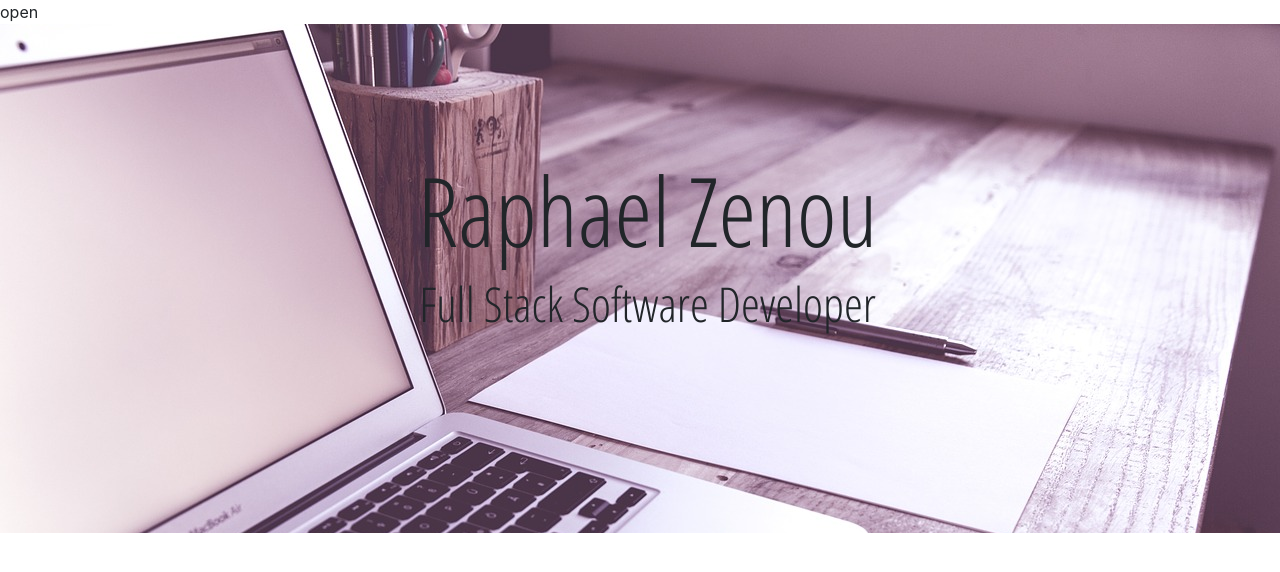
Repository: Code-Institute-Submissions/resume
Page: index.html
The author's editor kept a record of every edit. The page is drawn from the files as they stood at one moment, then again after the next edit.
The browser window is 1280 px wide. The pictures show the whole page.

Above is the page before.

### index.html
<!doctype html>
<html lang="en">
  <head>
    <!-- Required meta tags -->
    <meta charset="utf-8">
    <meta name="viewport" content="width=device-width, initial-scale=1, shrink-to-fit=no">

    <!-- Bootstrap & font awesome CSS -->
    <link rel="stylesheet" href="https://stackpath.bootstrapcdn.com/bootstrap/4.3.1/css/bootstrap.min.css" integrity="sha384-ggOyR0iXCbMQv3Xipma34MD+dH/1fQ784/j6cY/iJTQUOhcWr7x9JvoRxT2MZw1T" crossorigin="anonymous">
    <link rel="stylesheet" href="https://stackpath.bootstrapcdn.com/font-awesome/4.7.0/css/font-awesome.min.css" type="text/css" />

    <!-- Custom CSS -->
    <link rel="stylesheet" href="assets/css/style.css" type="text/css" />


    <title>Raphael Zenou - Full Stack Software Developer</title>
  </head>

 <div id="mySidenav" class="sidenav">
  <a href="javascript:void(0)" class="closebtn" onclick="closeNav()">&times;</a>
  <a href="#">About</a>
  <a href="#">Services</a>
  <a href="#">Clients</a>
  <a href="#">Contact</a>
</div>

<span onclick="openNav()">open</span>

<div id="main">

  <body>


    <header class="jumbotron jumbotron-fluid">
      <div class="container-fluid">

        <div class="row">
          <h1 class="header-text name">Raphael Zenou</h1>
        </div>
        <div class="row">
          <h2 class="header-text job">Full Stack Software Developer</h1>
        </div>

      </div>
    </header>

    <section id="about">



    </section>
    <section id=>


    </section>


    <!-- Optional Bootstrap reltated JavaScript -->
    <!-- jQuery first, then Popper.js, then Bootstrap JS -->
    <script src="https://code.jquery.com/jquery-3.3.1.slim.min.js" integrity="sha384-q8i/X+965DzO0rT7abK41JStQIAqVgRVzpbzo5smXKp4YfRvH+8abtTE1Pi6jizo" crossorigin="anonymous"></script>
    <script src="https://cdnjs.cloudflare.com/ajax/libs/popper.js/1.14.7/umd/popper.min.js" integrity="sha384-UO2eT0CpHqdSJQ6hJty5KVphtPhzWj9WO1clHTMGa3JDZwrnQq4sF86dIHNDz0W1" crossorigin="anonymous"></script>
    <script src="https://stackpath.bootstrapcdn.com/bootstrap/4.3.1/js/bootstrap.min.js" integrity="sha384-JjSmVgyd0p3pXB1rRibZUAYoIIy6OrQ6VrjIEaFf/nJGzIxFDsf4x0xIM+B07jRM" crossorigin="anonymous"></script>
    <script>
      function openNav() {
        document.getElementById("mySidenav").style.width = "250px";
        document.getElementById("main").style.marginLeft = "250px";
      }

      function closeNav() {
        document.getElementById("mySidenav").style.width = "0";
        document.getElementById("main").style.marginLeft= "0";
      }
    </script>
  </body>
  <footer>
  </footer>

</div>



</html>

### assets/css/style.css
@import url('https://fonts.googleapis.com/css?family=Open+Sans:100,200,300,400,500,600,700|Dosis:100,200,300,400,500,600,700|Open+Sans+Condensed:100,200,300,400,500,600,700');

/* -------------------------------------------------------------------------------HEADER JUMBOTRON */

.jumbotron {
    margin: 0px;
    background: url("../pics/header.jpg");
    background-position: top;
    background-size: 100%;
    background-repeat: no-repeat;
    background-attachment: fixed;
    padding-top:8em;
    padding-bottom:12em;
}


.container-fluid {
  font-family: 'Open Sans Condensed', 'sans-serif';
  font-size:2em;
  padding: 0px;
  margin: 0px;
  width: 100%;
}

.header-text {
    text-align: center;
    width:100%;
}

.name {
    font-size: 3em;
}
.job {
    font-size:1.5em;
}
.row {
    margin:0px;
    padding-left: 15px;

}



@media only screen and (max-width: 411px) {
    .jumbotron { padding-top:2.5em;padding-bottom:2.5em;}
    .name {font-size: 1.5em;}
    .job {font-size:.75em;}}
/* -------------------------------------------------------------------------------SIDEBAR base code from W3School*/

/* The side navigation menu */
.sidenav {
  height: 100%; /* 100% Full-height */
  width: 0; /* 0 width - change this with JavaScript */
  position: fixed; /* Stay in place */
  z-index: 1; /* Stay on top */
  top: 0; /* Stay at the top */
  left: 0;
  background-color: #111; /* Black*/
  overflow-x: hidden; /* Disable horizontal scroll */
  padding-top: 60px; /* Place content 60px from the top */
  transition: 0.5s; /* 0.5 second transition effect to slide in the sidenav */
}

/* The navigation menu links */
.sidenav a {
  /*padding: 2px 8px 2px 2px;*/
  padding-top:10px;
  padding-bottom: 50px;
  text-align:center;
  text-decoration: none;
  font-size: 20px;
  color: #fefefe;
  display: block;
  transition: 0.3s;
}

/* When you mouse over the navigation links, change their color */
.sidenav a:hover {
  color: yellow;
}

/* Position and style the close button (top right corner) */
.sidenav .closebtn {
  position: absolute;
  top: 0;
  left: 25px;
  font-size: 35px;
  margin-left: -10px;
  margin-top: -2px;
  padding: 0px;
}


/* Style page content - use this if you want to push the page content to the right when you open the side navigation */
#main {
  transition: margin-left .5s;
  padding: 0px;
}

/* On smaller screens, where height is less than 450px, change the style of the sidenav (less padding and a smaller font size) */
@media screen and (max-width: 411px) {
  .sidenav {padding-top: 60px;}
  .sidenav a {font-size: 15px; padding-bottom: 20px}
  .sidenav .closebtn {right: 110px;font-size: 35px;margin-left: -20px;padding-top: 2px}
}


/* -------------------------------------------------------------------------------STICKY TOP MENU base code from W3School*/

/* The navigation bar */
.navbar {
  overflow: hidden;
  background-color: transparent;
  position: fixed; /* Set the navbar to fixed position */
  top: 0; /* Position the navbar at the top of the page */
  width: 100%; /* Full width */

}

.sidebarburger {
  font-size:1.5em;

}


/* Change background on mouse-over */
.sidebarburger:hover {
  color: white;
}

@media screen and (max-width: 411px) {
  .sidebarburger {font-size:1.5em;}
}

After the next edit:
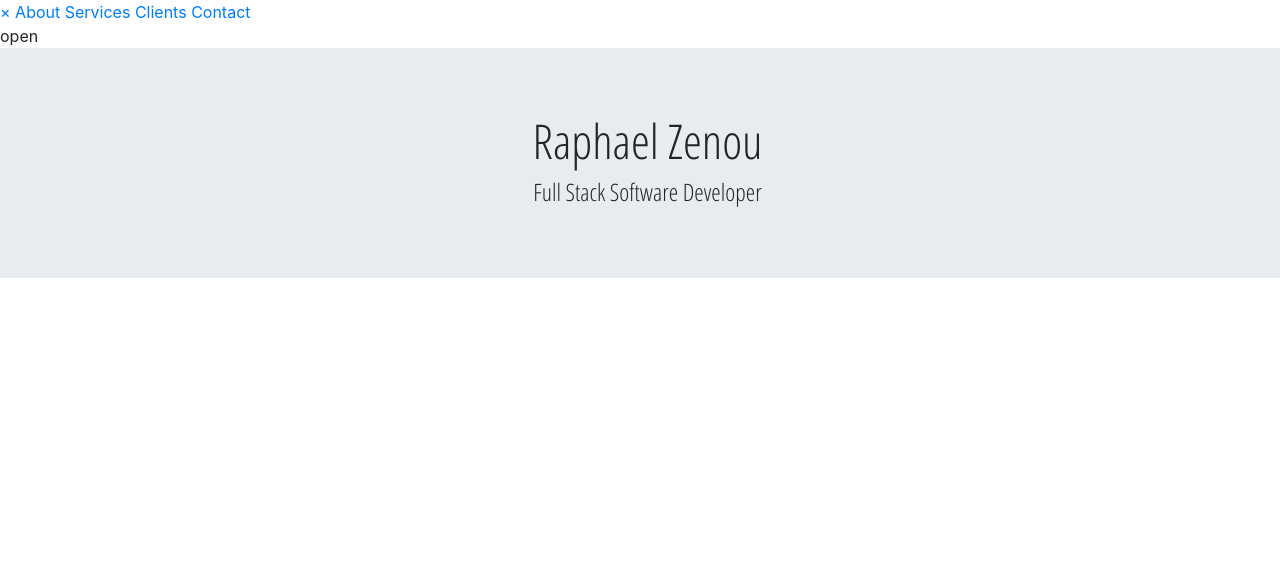
The edit:
--- a/assets/css/style.css
+++ b/assets/css/style.css
@@ -1,4 +1,10 @@
 @import url('https://fonts.googleapis.com/css?family=Open+Sans:100,200,300,400,500,600,700|Dosis:100,200,300,400,500,600,700|Open+Sans+Condensed:100,200,300,400,500,600,700');
+
+/* -------------------------------------------------------------------------------GENERAL */
+
+.container-fluid {
+  font-family: 'Open Sans Condensed', 'sans-serif';
+
 
 /* -------------------------------------------------------------------------------HEADER JUMBOTRON */
 
